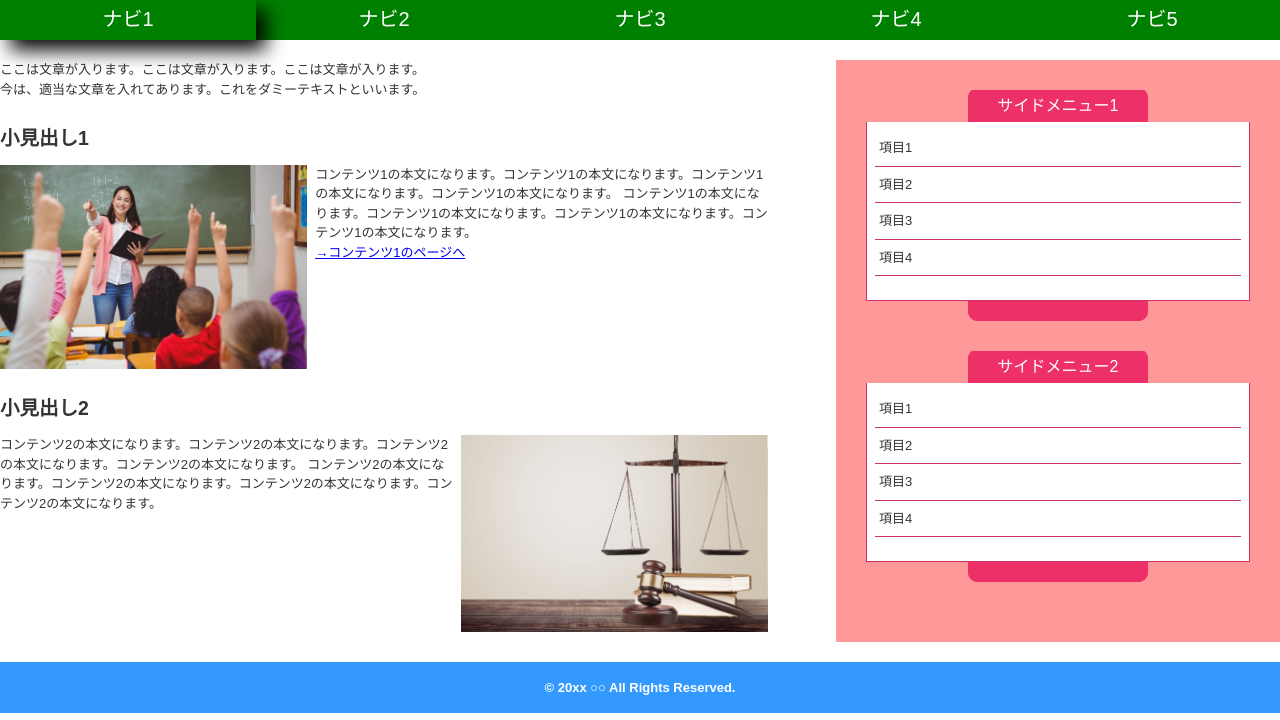
Repository: kanami0019/samurai_HTML-CSS
Page: index.html
The author's editor kept a record of every edit. The page is drawn from the files as they stood at one moment, then again after the next edit.
The browser window is 1280 px wide. The pictures show the whole page.
The pointer rests on the first visible `#side .box .boxBody ul li`.

Above is the page before.

After the next edit:
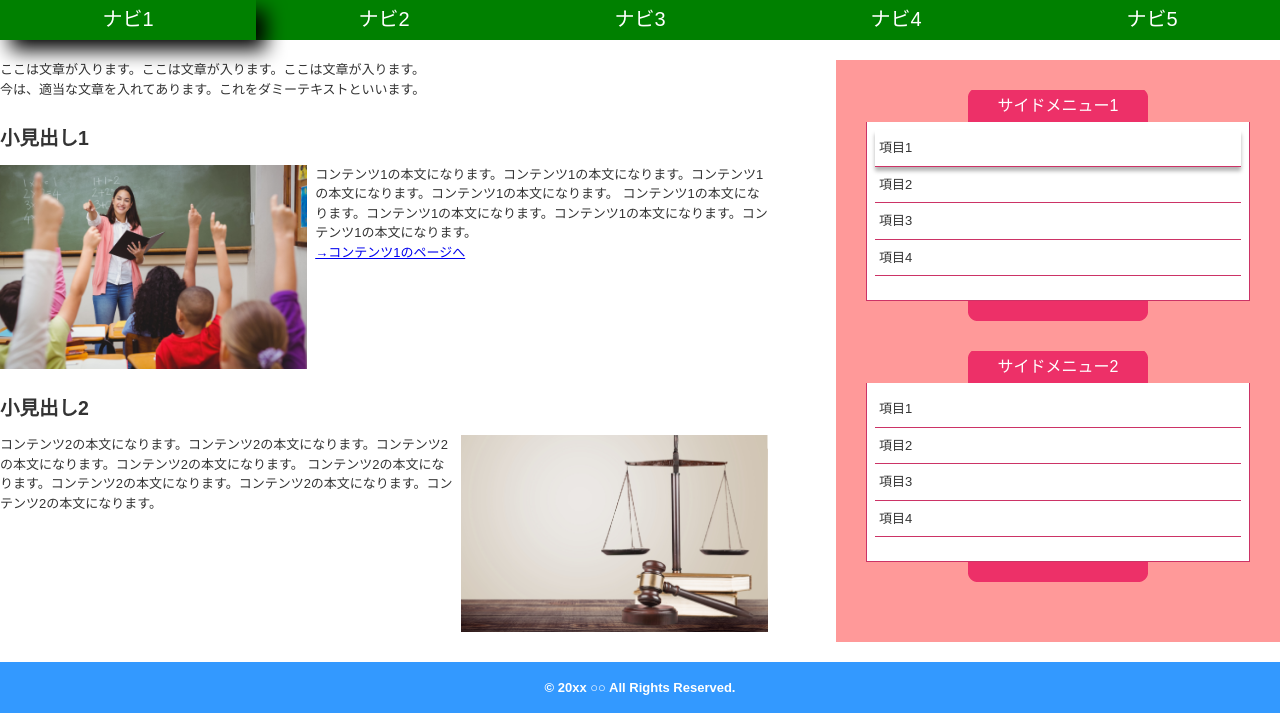
The edit:
--- a/stylesheet.css
+++ b/stylesheet.css
@@ -172,7 +172,3 @@
 	list-style: none;
 	border-bottom: solid 1px #C36;
 	box-shadow: 0px 4px 4px rgba(0, 0, 0, 0.3)
-
-h2:first-child {
-                background-color: red;
-            }
